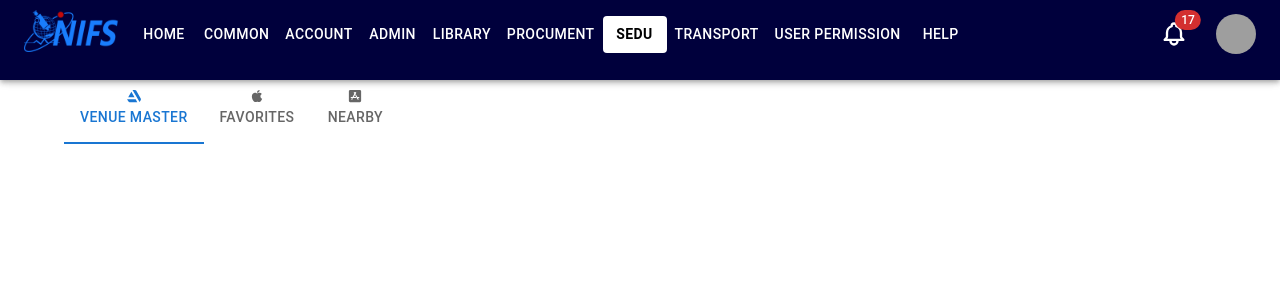
Repository: virangaj/NIFS-WebApp
Page: /sedu (app in client/)
An editor plug-in stored every save of this project. The page is shown before and after the next save, followed by the edit.
The browser window is 1280 px wide. The pictures show the whole page.
Pictures or frames that could not be fetched are drawn as grey boxes. The project was rebuilt for these pictures with package versions that can differ from the ones it lists, and the page was loaded fresh each time. Also part of the build but not shown: client/src/pages/Login.tsx, client/src/pages/Home.tsx, client/src/components/Transport/shared/TransportNavbar.js, client/src/pages/TransportMainPage.tsx, client/src/pages/CommonMainPage.tsx, client/src/pages/AccountMainPage.tsx, client/src/pages/AdminMainPage.tsx, client/src/pages/LibraryMainPage.js and 4 more.

Above is the page before, as saved 2022-07-27 00:08:35.

After the next save:
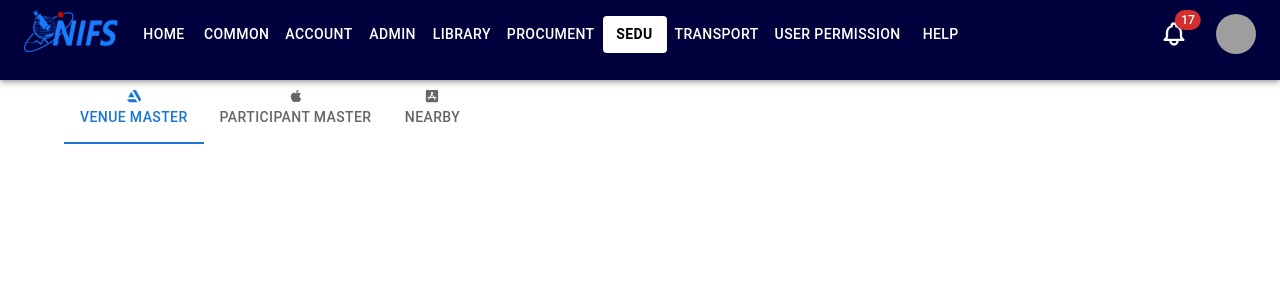
Saved 12 s later.
--- a/client/src/components/sedu/SeduSecondaryNavbar.tsx
+++ b/client/src/components/sedu/SeduSecondaryNavbar.tsx
@@ -13,7 +13,7 @@ function SeduSecondaryNavbar() {
         <Box sx={{ width: '90%' }} className="secondary-navbar">
             <Tabs value={value} onChange={handleChange} aria-label="icon label tabs example">
                 <Tab icon={<FaArtstation />} label="Venue Master" />
-                <Tab icon={<FaApple />} label="FAVORITES" />
+                <Tab icon={<FaApple />} label="Participant Master" />
                 <Tab icon={<FaAppStoreIos />} label="NEARBY" />
             </Tabs>
 
